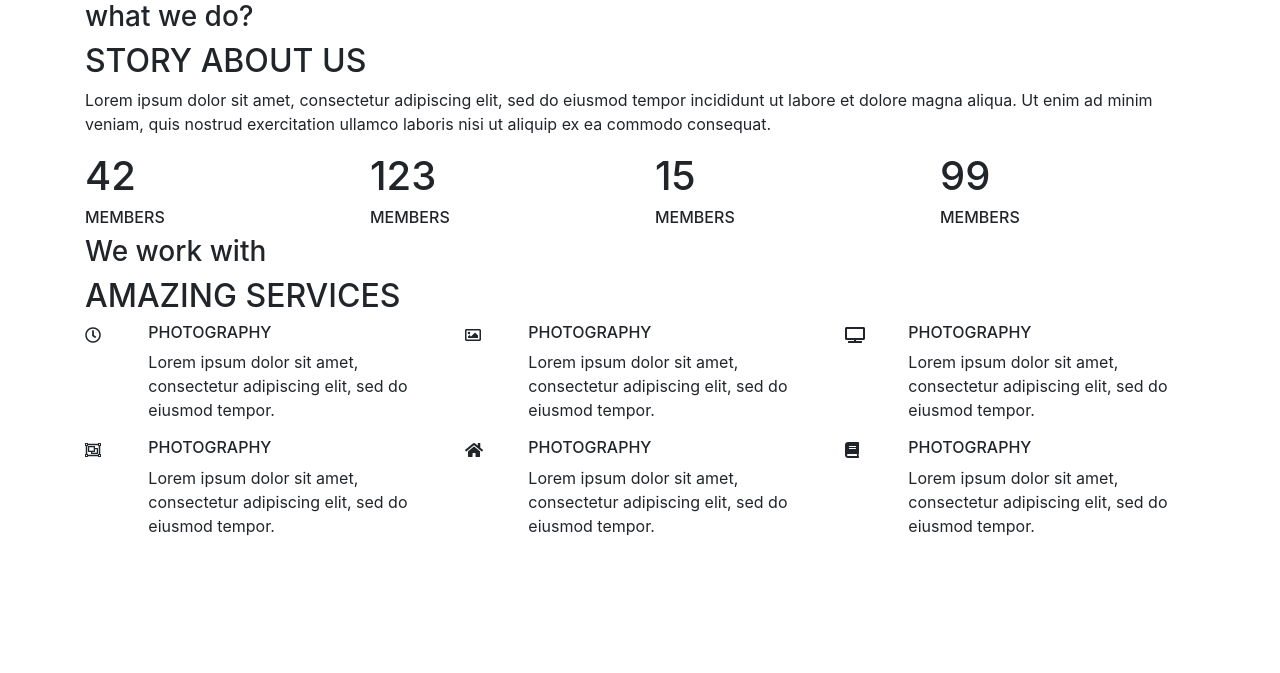
Repository: nourabdelhakam/MoGo-template
Page: index.html
The author's editor kept a copy of each file at every save. The page is drawn from the files as they stood at one save, then again after the next save.
The browser window is 1280 px wide. The pictures show the whole page.
Some web libraries are served in a nearby version. The style sheet was rebuilt from its Sass, Less or Tailwind sources for each picture, by a compiler version that may differ from the author's.

Above is the page before, as saved 2021-02-21 19:31:49.

### index.html
<!DOCTYPE html>
<html lang="en">
<head>
    <meta charset="UTF-8">
    <meta name="viewport" content="width=device-width, initial-scale=1.0">
    <link rel="stylesheet" href="https://cdnjs.cloudflare.com/ajax/libs/font-awesome/5.8.2/css/all.min.css" crossorigin="anonymous" />
    <title>Document</title>
    <link rel="stylesheet" href="css/bootstrap.min.css">
    <link rel="stylesheet" href="sass/main.css">
</head>
<body>
    <!-- WHAT WE DO------------------------------------- -->
    <section>
        <div class="container">
            <h3>what we do?</h3>
            <h2>STORY ABOUT US</h2>
            <p>Lorem ipsum dolor sit amet, consectetur adipiscing elit, sed do eiusmod tempor incididunt ut labore et dolore magna aliqua. Ut enim ad minim veniam, quis nostrud exercitation ullamco laboris nisi ut aliquip ex ea commodo consequat.</p>
            <div class="row"></div>
        </div>
    </section>
    <!--ENd WHAT WE DO------------------------------------- -->

    <!--STATISTICS------------------------------------- -->
    <section>
        <div class="container">
            <div class="row">
                <div class="col">
                    <h1>42</h1>
                    <h6>MEMBERS</h6>
                </div>
                <div class="col">
                    <h1>123</h1>
                    <h6>MEMBERS</h6>
                </div>
                <div class="col">
                    <h1>15</h1>
                    <h6>MEMBERS</h6>
                </div>
                <div class="col">
                    <h1>99</h1>
                    <h6>MEMBERS</h6>
                </div>
            </div>
        </div>
    </section>
    <!--END OF STATISTICS------------------------------------- -->

    <!-- We work with -------------------------------------------->
    <section>
        <div class="container">
            <h3>We work with</h3>
            <h2>AMAZING SERVICES</h2>
            <div class="row">

                <div class="col-xl-4 col-md-4 col-sm-12 col-xs-12">
                    <div class="row">
                        <div class="col-2"><i class="far fa-clock"></i></div>
                        <div class="col-10">
                            <h6>PHOTOGRAPHY</h6>
                            <p>Lorem ipsum dolor sit amet, consectetur adipiscing elit, sed do eiusmod tempor.</p>
                        </div>
                    </div>
                </div>

                <div class="col-xl-4 col-md-4 col-sm-12 col-xs-12">
                    <div class="row">
                        <div class="col-2"><i class="far fa-image"></i></div>
                        <div class="col-10">
                            <h6>PHOTOGRAPHY</h6>
                            <p>Lorem ipsum dolor sit amet, consectetur adipiscing elit, sed do eiusmod tempor.</p>
                        </div>
                    </div>
                </div>

                <div class="col-xl-4 col-md-4 col-sm-12 col-xs-12">
                    <div class="row">
                        <div class="col-2"><i class="fas fa-tv"></i></div>
                        <div class="col-10">
                            <h6>PHOTOGRAPHY</h6>
                            <p>Lorem ipsum dolor sit amet, consectetur adipiscing elit, sed do eiusmod tempor.</p>
                        </div>
                    </div>
                </div>

                <div class="col-xl-4 col-md-4 col-sm-12 col-xs-12">
                    <div class="row">
                        <div class="col-2"><i class="far fa-object-group"></i></div>
                        <div class="col-10">
                            <h6>PHOTOGRAPHY</h6>
                            <p>Lorem ipsum dolor sit amet, consectetur adipiscing elit, sed do eiusmod tempor.</p>
                        </div>
                    </div>
                </div>

                <div class="col-xl-4 col-md-4 col-sm-12 col-xs-12">
                    <div class="row">
                        <div class="col-2"><i class="fas fa-home"></i></div>
                        <div class="col-10">
                            <h6>PHOTOGRAPHY</h6>
                            <p>Lorem ipsum dolor sit amet, consectetur adipiscing elit, sed do eiusmod tempor.</p>
                        </div>
                    </div>
                </div>

                <div class="col-xl-4 col-md-4 col-sm-12 col-xs-12">
                    <div class="row">
                        <div class="col-2"><i class="fas fa-book"></i></div>
                        <div class="col-10">
                            <h6>PHOTOGRAPHY</h6>
                            <p>Lorem ipsum dolor sit amet, consectetur adipiscing elit, sed do eiusmod tempor.</p>
                        </div>
                    </div>
                </div>
            </div>
        </div>
    </section>
    <!-- end of We work with -------------------------------------------->


   <!-----------------------.------------------------------------------- -- -->
   <script src="js/jquery-3.5.1.slim.min.js"></script>
   <script src="js/popper.min.js"></script>

   <script src="js/bootstrap.min.js"></script>
</body>
</html>

### sass/main.scss
body {
    background-color: #FFFFFF;
}
.statistices {
    background-color: #3BD3BA;
}
.uniqe_design {
    background-image: url(../assets/img/divicebg.jpg);
}

Loaded but not shown: css/bootstrap.min.css (library); js/jquery-3.5.1.slim.min.js (library); js/popper.min.js (library); js/bootstrap.min.js (library)

After the next save:
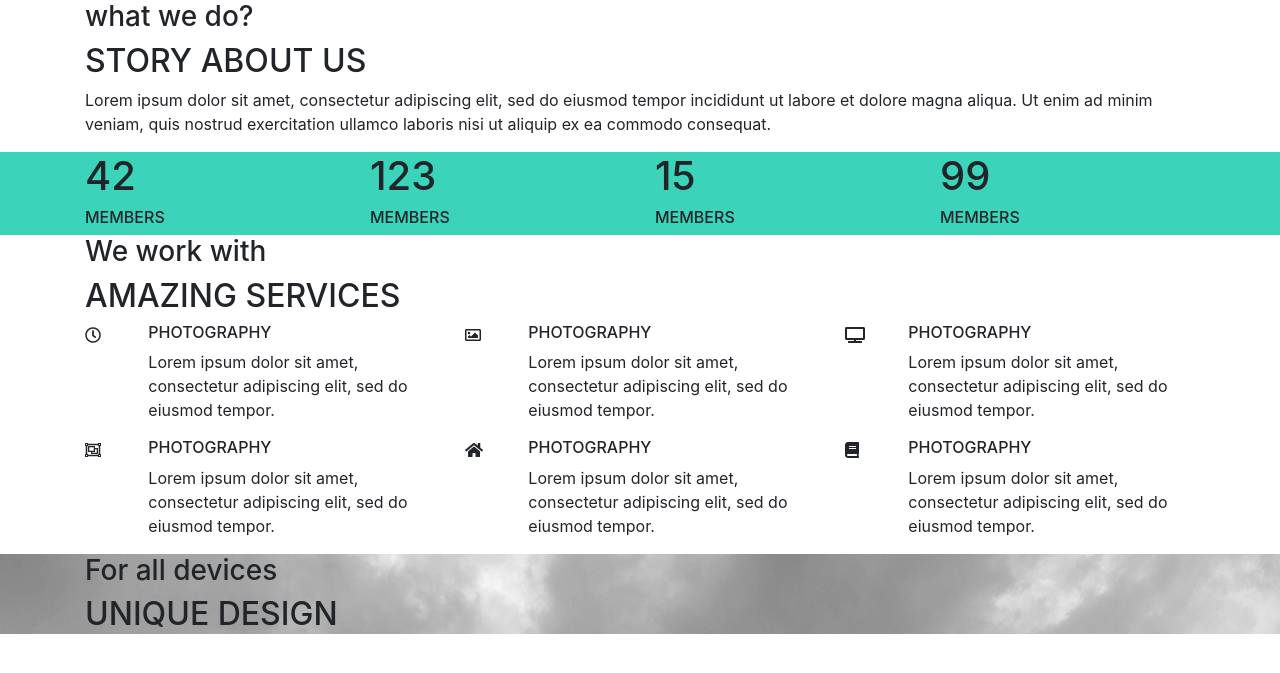
Saved 2 s later.
--- a/index.html
+++ b/index.html
@@ -21,7 +21,7 @@
     <!--ENd WHAT WE DO------------------------------------- -->
 
     <!--STATISTICS------------------------------------- -->
-    <section>
+    <section class="statistices">
         <div class="container">
             <div class="row">
                 <div class="col">
@@ -116,6 +116,15 @@
     </section>
     <!-- end of We work with -------------------------------------------->
 
+    <!-- For all devices------------------------------------------------- -->
+    <section class="uniqe_design">
+        <div class="container">
+            <h3>For all devices</h3>
+            <h2>UNIQUE DESIGN</h2>
+        </div>
+    </section>
+    <!-- END OF For all devices------------------------------------------------- -->
+
 
    <!-----------------------.------------------------------------------- -- -->
    <script src="js/jquery-3.5.1.slim.min.js"></script>
